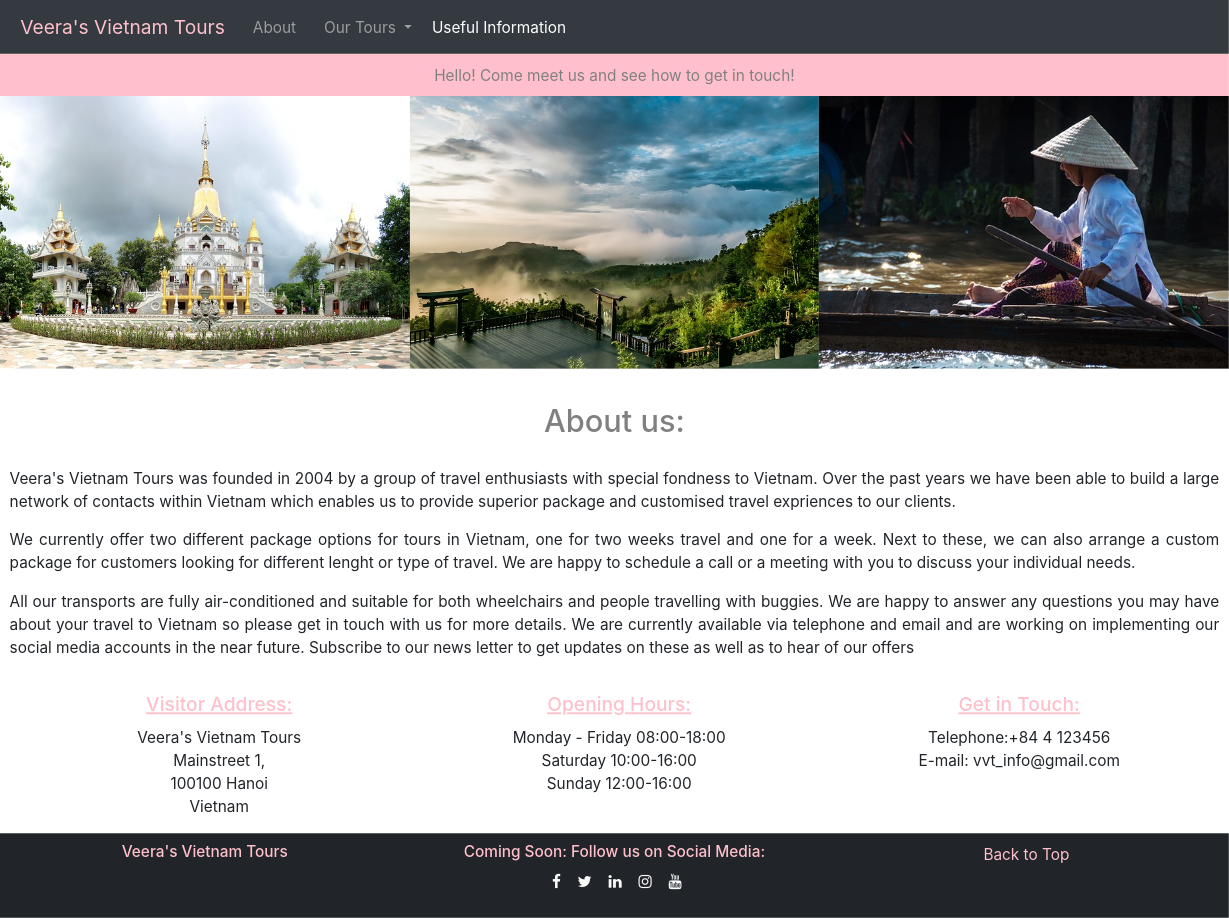
Repository: VAhola/VietnamTour
Page: about.html
The author's editor kept a record of every edit. The page is drawn from the files as they stood at one moment, then again after the next edit.
The browser window is 1280 px wide. The pictures show the whole page, at 96% of full size.

Above is the page before.

After the next edit:
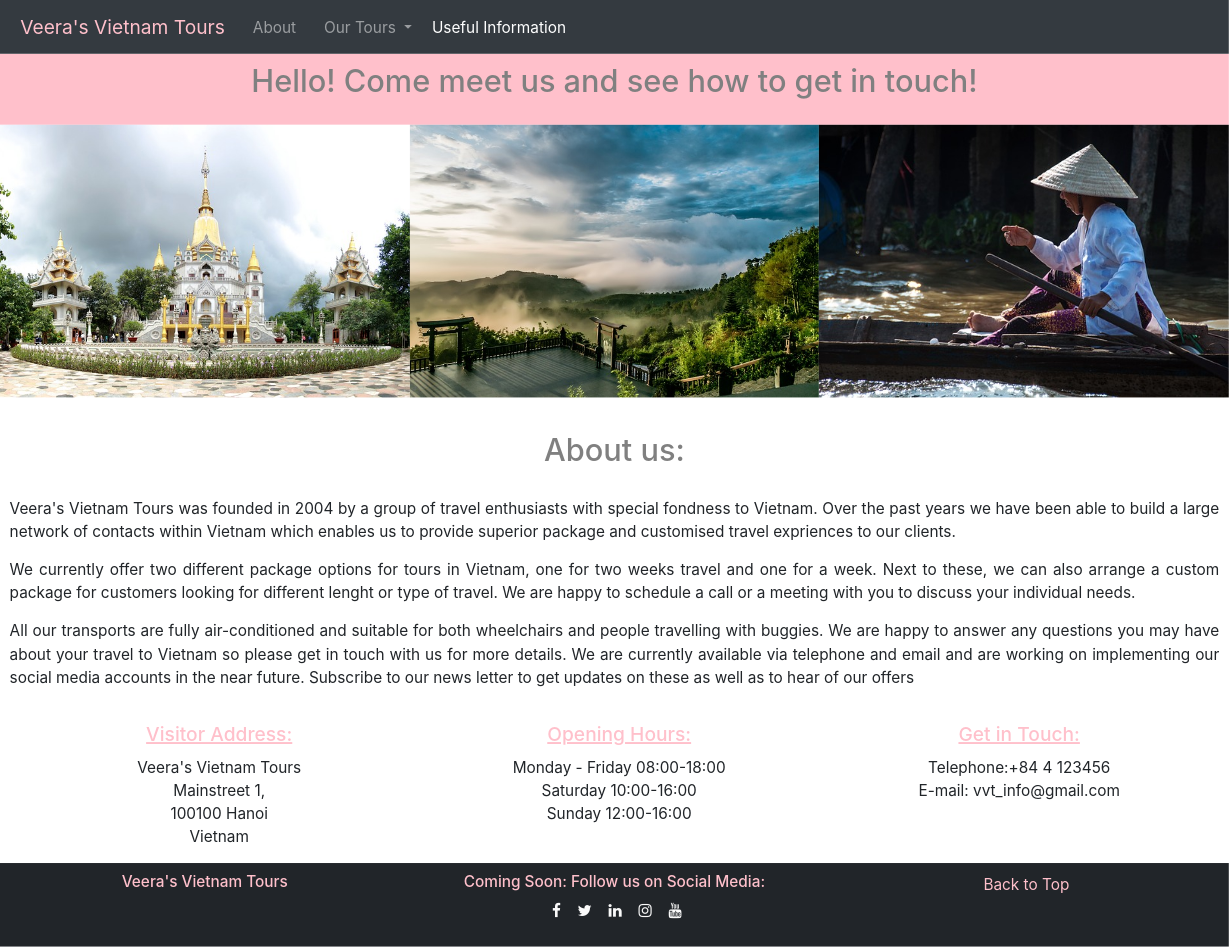
The edit:
--- a/about.html
+++ b/about.html
@@ -40,7 +40,7 @@
 <!--Banner-->
 
 <div class=section3>
-    <p class="intro1">
+    <h2 class="intro1">
      Hello! Come meet us and see how to get in touch!
     </p>
  </div>
